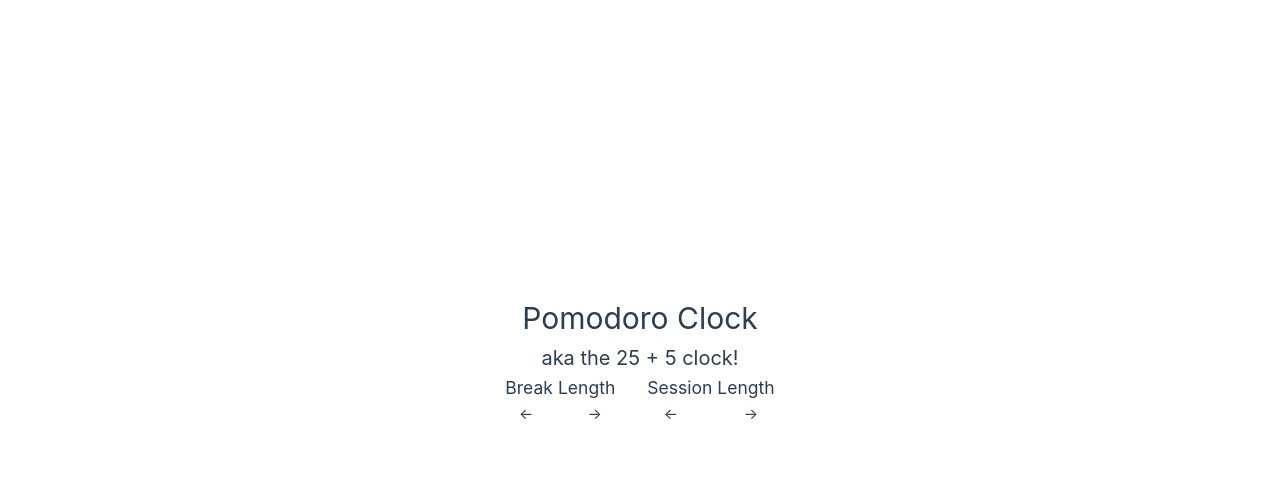
Repository: asing44/FCC
Page: / (app in Front-End-Projects/fcc-frontend-projects-pomodoro/)
The author's editor kept a copy of each file at every save. The page is drawn from the files as they stood at one save, then again after the next save.
The browser window is 1280 px wide. The pictures show the whole page.
The project was rebuilt for these pictures with package versions that can differ from the ones it lists, and the page was loaded fresh each time. Also part of the build but not shown: Front-End-Projects/fcc-frontend-projects-pomodoro/vite.config.js.

Above is the page before, as saved 2025-01-25 01:50:46.

### Front-End-Projects/fcc-frontend-projects-pomodoro/src/assets/main.css
@import './base.css';

body {
  display: grid;
  min-height: 100svh;
  place-content: center;
}

#app {
  display: grid;
  place-content: center;
  max-width: 64vw;
  margin: 0 auto;
  padding: 2rem;
  font-weight: normal;
}

a,
.green {
  text-decoration: none;
  color: hsla(160, 100%, 37%, 1);
  transition: 0.4s;
  padding: 3px;
}

@media (hover: hover) {
  a:hover {
    background-color: hsla(160, 100%, 37%, 0.2);
  }
}

### Front-End-Projects/fcc-frontend-projects-pomodoro/src/App.vue
<script setup>
import TheWelcome from './components/TheWelcome.vue'
</script>

<!--

States needed:
- current time
- break
- playState (play, pause, restart etc)

-->

<template>
  <header>
    <h1 class="title">Pomodoro Clock</h1>
    <h2 class="subtitle">aka the 25 + 5 clock!</h2>
  </header>
  <main>
    <TheWelcome />
  </main>
</template>

<style scoped>
.header {
  display: flex;
  width: 100%;
}

.title {
  text-align: center;
}

.subtitle {
  font-size: 1.25rem;
  text-align: center;
}

</style>

### Front-End-Projects/fcc-frontend-projects-pomodoro/src/components/TheWelcome.vue
<script setup>
import ClockEyebrow from './ClockEyebrows.vue'
</script>

<template>
  <div class="main-wrapper">
    <ClockEyebrow>
      <template #heading>Break Length</template>
    </ClockEyebrow>
    <ClockEyebrow>
      <template #heading>Session Length</template>
    </ClockEyebrow>
  </div>
</template>

<style scoped>

.main-wrapper {
  display: flex;
  gap: 2rem;
}

</style>


<!--
<WelcomeItem>
    <template #icon>
      <DocumentationIcon />
    </template>
    <template #heading>Documentation</template>

    Vue’s
    <a href="https://vuejs.org/" target="_blank" rel="noopener">official documentation</a>
    provides you with all information you need to get started.
  </WelcomeItem>
  -->

### Front-End-Projects/fcc-frontend-projects-pomodoro/src/components/ClockEyebrows.vue
<template>
  <div class="eyebrow">
    <div class="eyebrow_top">
      <h3>
        <slot name="heading"></slot>
      </h3>
    </div>
    <div class="eyebrow_bottom">
      <div class="icon-arrow is--left">←</div>
      <div class="eyebrow_display">
        <slot name="display"></slot>
      </div>
      <div class="icon-arrow is--right">→</div>
    </div>
  </div>
</template>

<style scoped>
.eyebrow_top {
  text-align: center;
}
  .eyebrow_bottom {
    display: flex;
    width: 100%;
    justify-content: space-around;
  }
</style>

Loaded but not shown: Front-End-Projects/fcc-frontend-projects-pomodoro/index.html (common file); Front-End-Projects/fcc-frontend-projects-pomodoro/src/main.js (common file); Front-End-Projects/fcc-frontend-projects-pomodoro/src/assets/base.css (common file)

After the next save:
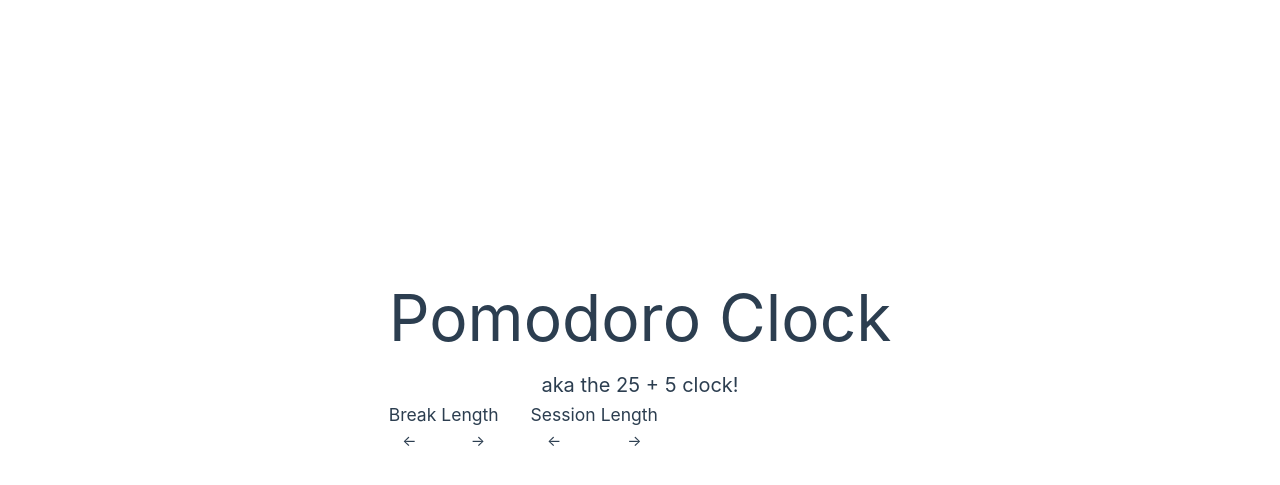
Saved 10 s later.
--- a/Front-End-Projects/fcc-frontend-projects-pomodoro/src/App.vue
+++ b/Front-End-Projects/fcc-frontend-projects-pomodoro/src/App.vue
@@ -28,6 +28,7 @@ States needed:
 }
 
 .title {
+  font-size: 4rem;
   text-align: center;
 }
 
